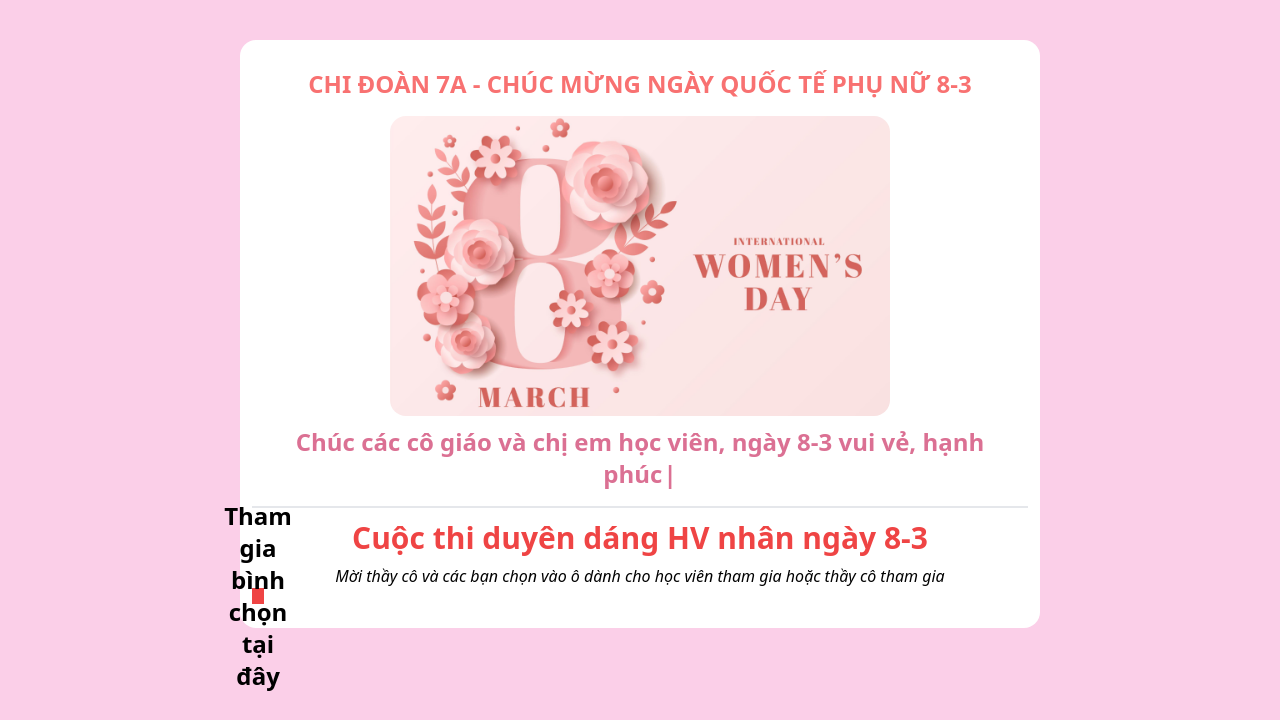
Repository: hoang0508/web-837A
Page: /
The author's editor kept a copy of each file at every save. The page is drawn from the files as they stood at one save, then again after the next save.
The browser window is 1280 px wide. The pictures show the whole page.
Some web fonts or font styles are not loaded; a fallback is used. The project was rebuilt for these pictures with package versions that can differ from the ones it lists, and the page was loaded fresh each time. Also part of the build but not shown: vite.config.js.

Above is the page before, as saved 2025-02-28 19:29:12.

### index.html
<!DOCTYPE html>
<html lang="en">
  <head>
    <meta charset="UTF-8" />
    <link rel="icon" type="image/svg+xml" href="/vite.svg" />
    <meta name="viewport" content="width=device-width, initial-scale=1.0" />
    <link rel="preconnect" href="https://fonts.googleapis.com" />
    <link rel="preconnect" href="https://fonts.gstatic.com" crossorigin />
    <link
      href="https://fonts.googleapis.com/css2?family=Bai+Jamjuree:ital,wght@0,200;0,300;0,400;0,500;0,600;0,700;1,200;1,300;1,400;1,500;1,600;1,700&family=Montserrat:ital,wght@0,100..900;1,100..900&display=swap"
      rel="stylesheet"
    />
    <title>Vite + React</title>
  </head>
  <body>
    <div id="root"></div>
    <script type="module" src="/src/main.jsx"></script>
  </body>
</html>

### src/index.css
@import url("https://fonts.googleapis.com/css2?family=Bai+Jamjuree:ital,wght@0,200;0,300;0,400;0,500;0,600;0,700;1,200;1,300;1,400;1,500;1,600;1,700&family=Montserrat:ital,wght@0,100..900;1,100..900&display=swap");
@tailwind base;
@tailwind components;
@tailwind utilities;
*,
*:before,
*:after {
  box-sizing: border-box;
}

img,
picture,
svg,
video {
  display: block;
  max-width: 100%;
}
input,
select,
textarea {
  background-color: transparent;
  outline: none;
}
button {
  cursor: pointer;
  background-color: transparent;
  outline: none;
  border: 0;
}
body {
  min-height: 100vh;
  font-weight: 400;
  font-size: 16px;
  line-height: 1;
}

.Typewriter {
  margin: 10px;
  color: palevioletred;
  text-align: center;
  height: 70px;
}

### src/App.jsx
import { useState } from "react";
import reactLogo from "./assets/react.svg";
import anh83 from "./assets/anh832.png";
import Typewriter from "typewriter-effect";

import "./index.css";

function App() {
  const [count, setCount] = useState(0);

  return (
    <>
      <div className="text-2xl font-bold  bg-pink-200 min-h-screen p-10">
        <div className="bg-white shadow-3xl p-3 w-[800px]  my-0 mx-auto rounded-2xl">
          <h1 className="text-center text-red-400 p-4 uppercase">
            Chi đoàn 7A - CHÚC MỪNG NGÀY QUỐC TẾ PHỤ NỮ 8-3
          </h1>
          <div className="mx-auto w-[500px] h-[300px]">
            <img
              src={anh83}
              alt="##"
              className="w-full h-full object-cover rounded-2xl"
            />
          </div>
          <div className="border-b-2 border-gray-200">
            <Typewriter
              options={{
                strings: [
                  `${"Chúc các cô giáo và chị em học viên, ngày 8-3 vui vẻ, hạnh phúc, luôn mạnh khỏe và thành công! 🌸💐❤️❤️❤️💰"}`,
                ],
                delay: 75,
                autoStart: true,
                loop: true,
              }}
            />
          </div>
          <div className="my-3">
            <h3 className="text-center font-bold text-red-500 mb-2 text-3xl">
              Cuộc thi duyên dáng HV nhân ngày 8-3
            </h3>
            <p className="text-center italic text-base font-light">
              Mời thầy cô và các bạn chọn vào ô dành cho học viên tham gia hoặc
              thầy cô tham gia
            </p>
            <button className="flex justify-center items-center w-3 h-4 bg-red-500">
              Tham gia bình chọn tại đây
            </button>
          </div>
        </div>
      </div>
    </>
  );
}

export default App;

### tailwind.config.js
/** @type {import('tailwindcss').Config} */
export default {
  content: ["./index.html", "./src/**/*.{js,ts,jsx,tsx}"],
  theme: {
    extend: {
      keyframes: {
        typing: {
          "0%": {
            width: "0%",
            visibility: "hidden",
          },
          "100%": {
            width: "100%",
          },
        },
        blink: {
          "50%": {
            borderColor: "transparent",
          },
          "100%": {
            borderColor: "white",
          },
        },
      },
      animation: {
        typing: "typing 5s steps(40) infinite alternate, blink .10s infinite",
      },
    },
  },
  plugins: [],
};

Loaded but not shown: src/main.jsx (common file)

After the next save:
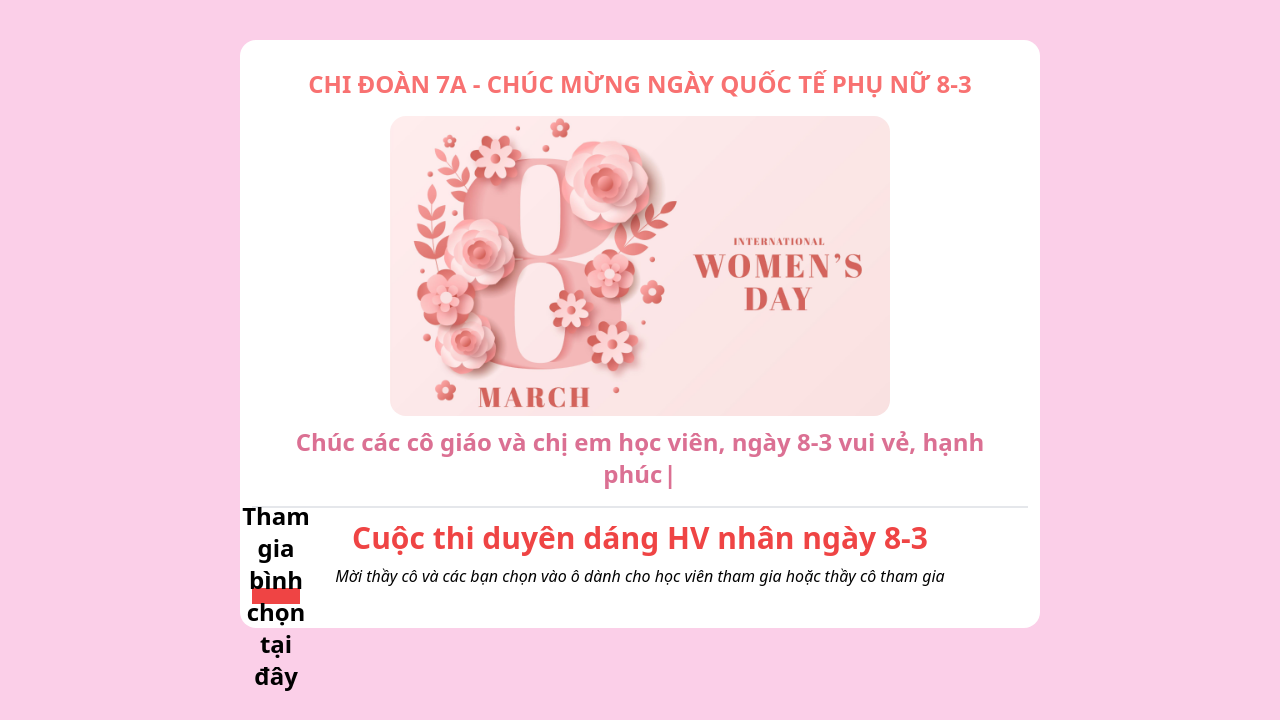
Saved 22 s later.
--- a/src/App.jsx
+++ b/src/App.jsx
@@ -42,7 +42,7 @@ function App() {
               Mời thầy cô và các bạn chọn vào ô dành cho học viên tham gia hoặc
               thầy cô tham gia
             </p>
-            <button className="flex justify-center items-center w-3 h-4 bg-red-500">
+            <button className="flex justify-center items-center w-12 h-4 bg-red-500">
               Tham gia bình chọn tại đây
             </button>
           </div>
